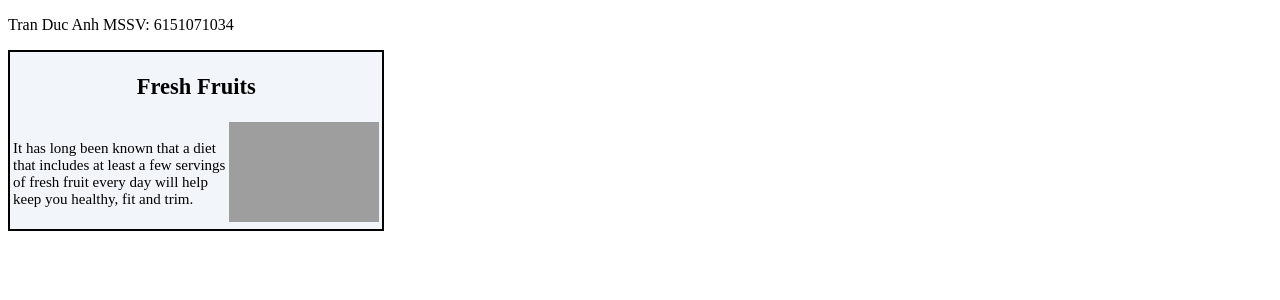
Repository: Helianthusss/Learn-CPP
Page: HTML/lap2/bai2.html
The author's editor kept a copy of each file at every save. The page is drawn from the files as they stood at one save, then again after the next save.
The browser window is 1280 px wide. The pictures show the whole page.
Pictures or frames that could not be fetched are drawn as grey boxes.

Above is the page before, as saved 2021-09-22 10:36:08.

### HTML/lap2/bai2.html
<!DOCTYPE html>
<html lang="en">
  <head>
    <meta charset="UTF-8" />
    <meta http-equiv="X-UA-Compatible" content="IE=edge" />
    <meta name="viewport" content="width=device-width, initial-scale=1.0" />
    <title>FreshFruits</title>
    <style type="text/css">
      table {
        background-color: rgb(242, 246, 250);
        color: black;
        padding: 0px;
        font-family: "Times New Roman", Times, serif;
        font-size: 15px;
        border: 2px solid black;
      }
    </style>
    <style>
       {
        border: 2px solid black;
      }
    </style>
  </head>
  <body>
    <p>Tran Duc Anh MSSV: 6151071034</p>
    <table>
      <tr>
        <th colspan="2"><h2>Fresh Fruits</h2></th>
      </tr>
      <tr>
        <td>
          It has long been known that a diet<br />
          that includes at least a few servings<br />
          of fresh fruit every day will help<br />
          keep you healthy, fit and trim.<br />
        </td>
        <td>
          <img
            class="img"
            src="https://img.lovepik.com/element/40111/3411.png_860.png"
            alt="Fruits"
            width="150"
            height="100"
          />
        </td>
      </tr>
    </table>
  </body>
</html>

After the next save:
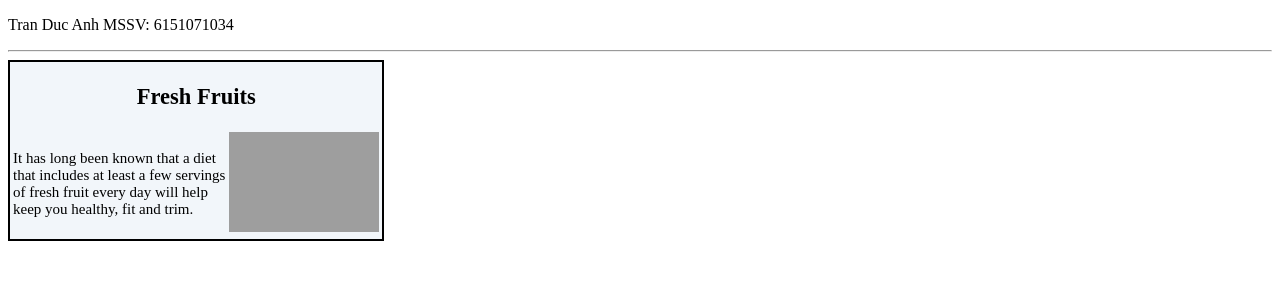
Saved 36 s later.
--- a/HTML/lap2/bai2.html
+++ b/HTML/lap2/bai2.html
@@ -27,6 +27,7 @@
       <tr>
         <th colspan="2"><h2>Fresh Fruits</h2></th>
       </tr>
+      <hr />
       <tr>
         <td>
           It has long been known that a diet<br />

After the save that followed:
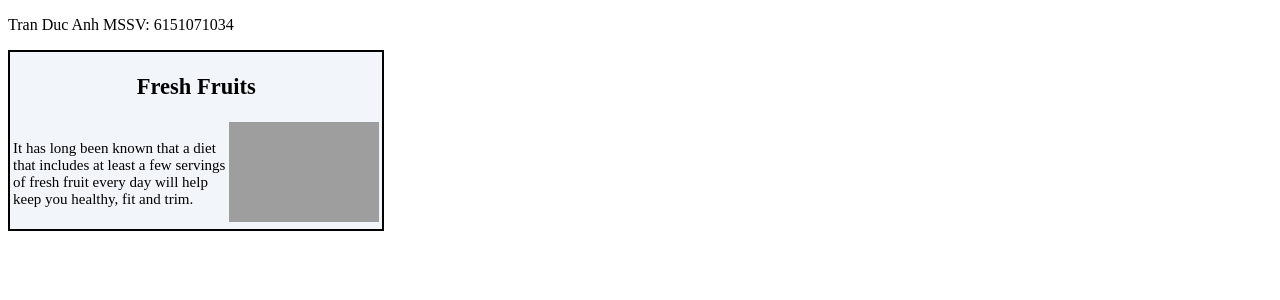
Saved 80 s later.
--- a/HTML/lap2/bai2.html
+++ b/HTML/lap2/bai2.html
@@ -24,10 +24,11 @@
   <body>
     <p>Tran Duc Anh MSSV: 6151071034</p>
     <table>
-      <tr>
-        <th colspan="2"><h2>Fresh Fruits</h2></th>
-      </tr>
-      <hr />
+      <thead>
+        <tr>
+          <th colspan="2"><h2>Fresh Fruits</h2></th>
+        </tr>
+      </thead>
       <tr>
         <td>
           It has long been known that a diet<br />
